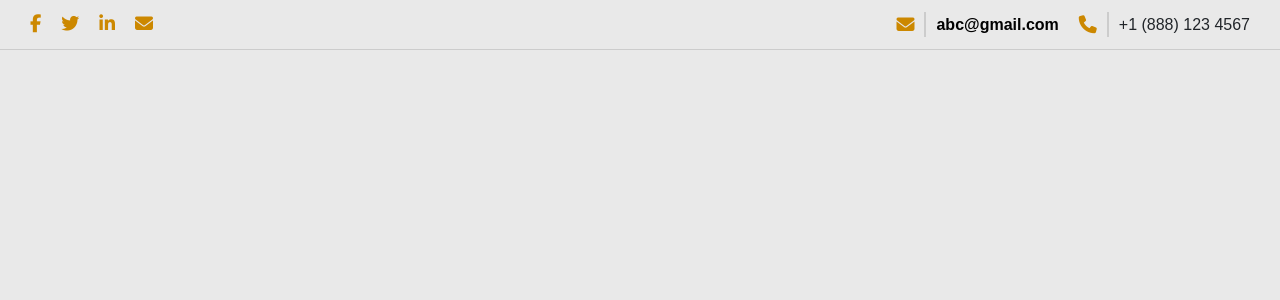
Repository: arehmanraza/lawyer_website
Page: Pages/index.html
These files come from the project's save history. The page is drawn as it stood at one moment and after the next save; the edit follows.
The browser window is 1280 px wide. The pictures show the whole page.
Some web libraries are served in a nearby version.

Above is the page before, as saved 2024-05-22 01:26:37.

### Pages/index.html
<!DOCTYPE html>
<html lang="en">
  <head>
    <meta charset="utf-8" />
    <meta name="viewport" content="width=device-width, initial-scale=1" />
    <title>The Lawyer</title>
    <link
      rel="stylesheet"
      href="https://pro.fontawesome.com/releases/v5.10.0/css/all.css"
      integrity="sha384-AYmEC3Yw5cVb3ZcuHtOA93w35dYTsvhLPVnYs9eStHfGJvOvKxVfELGroGkvsg+p"
      crossorigin="anonymous"
    />
    <link rel="stylesheet" href="/Styling/style.css" />
    <link
      rel="stylesheet"
      href="https://cdnjs.cloudflare.com/ajax/libs/font-awesome/6.5.2/css/all.min.css"
      integrity="sha512-SnH5WK+bZxgPHs44uWIX+LLJAJ9/2PkPKZ5QiAj6Ta86w+fsb2TkcmfRyVX3pBnMFcV7oQPJkl9QevSCWr3W6A=="
      crossorigin="anonymous"
      referrerpolicy="no-referrer"
    />
    <link
      href="https://cdn.jsdelivr.net/npm/bootstrap@5.3.3/dist/css/bootstrap.min.css"
      rel="stylesheet"
      integrity="sha384-QWTKZyjpPEjISv5WaRU9OFeRpok6YctnYmDr5pNlyT2bRjXh0JMhjY6hW+ALEwIH"
      crossorigin="anonymous"
    />
  </head>
  <body>
    <div class="main-container">
      <div class="head_top">
        <div class="head_top_left">
          <ul>
            <li>
              <i class="icon2 fa-brands fa-facebook-f"></i>
            </li>
            <li>
              <i class="icon2 fa-brands fa-twitter"></i>
            </li>
            <li>
              <i class="icon2 fa-brands fa-linkedin-in"></i>
            </li>
            <li>
              <i class="icon2 fa-solid fa-envelope"></i>
            </li>
          </ul>
        </div>
        <div class="head_top_right">
          <ul>
            <li>
              <i class="icon2 fa-solid fa-envelope"></i>
              <p class="border1"></p>
              <span><a class="phoneno" href = "mailto: a.rehman78766@gmail.com">abc@gmail.com</a></span>
            </li>
            <li>
              <i class="icon2 fa-solid fa-phone"></i>
              <p class="border1"></p>
              <span>+1 (888) 123 4567</span>
            </li>

          </ul>
        </div>
      </div>
    </div>
    <script
      src="https://cdn.jsdelivr.net/npm/bootstrap@5.3.3/dist/js/bootstrap.bundle.min.js"
      integrity="sha384-YvpcrYf0tY3lHB60NNkmXc5s9fDVZLESaAA55NDzOxhy9GkcIdslK1eN7N6jIeHz"
      crossorigin="anonymous"
    ></script>
  </body>
</html>

### Styling/style.css
*{
    margin: 0;
    padding: 0;
    box-sizing: border-box;
    font-family: Arial, Helvetica, sans-serif, "Montserrat";
}
.main-container{
    background-color: #e9e9e9;
    width: 100%;
    height: 100vh;
    padding: 0px;
}

.head_top {
    width: 100%;
    height: 50px;
    display: flex;
    justify-content: space-between;
    align-items: center; /* Center items vertically */
    border-bottom: 1px solid #ccc;
    padding: 0px 20px;
}

.head_top_left {
    width: 50%;
    display: flex; /* Ensure the left container is also using flexbox */
    align-items: center; /* Center items vertically */
}
.head_top_left ul {
    display: flex;
    list-style: none;
    padding: 0;
    margin: 0;
}
.head_top_left ul li{
    padding: 0px 10px;
}
.head_top_right{
    display: flex;
    align-items: center;
    width: 50%;
}
.head_top_right ul{
    display: flex;
    list-style: none;
    padding: 0;
    margin: 0px 0px 0px auto;

}
.head_top_right ul li{
    padding: 0px 10px;
    display: flex;
    align-items: center;
}
.border1{
    border-left: 2px solid #ccc;

    height: 25px;
    margin: 0px 10px;
}
.icon2{
    color:  #cc8800;
  font-size: large;
}
.phoneno{
    color: black;
    font-weight: 600;
    text-decoration: none
}

After the next save:
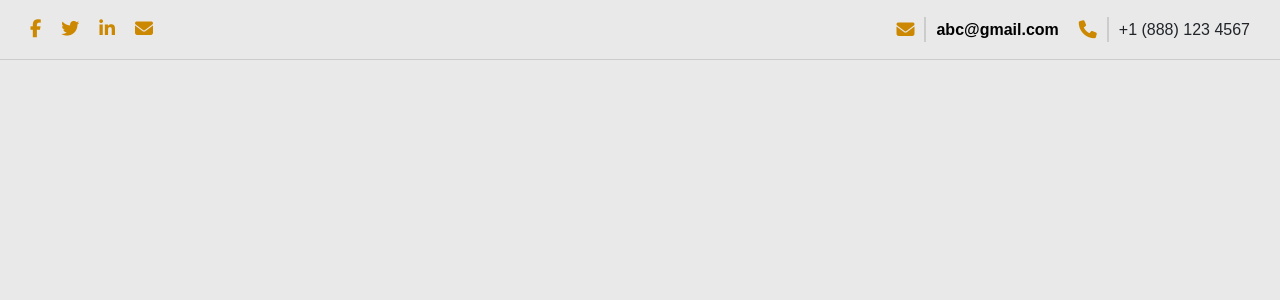
Saved 7 min 50 s later.
--- a/Styling/style.css
+++ b/Styling/style.css
@@ -13,7 +13,7 @@
 
 .head_top {
     width: 100%;
-    height: 50px;
+    height: 60px;
     display: flex;
     justify-content: space-between;
     align-items: center; /* Center items vertically */
